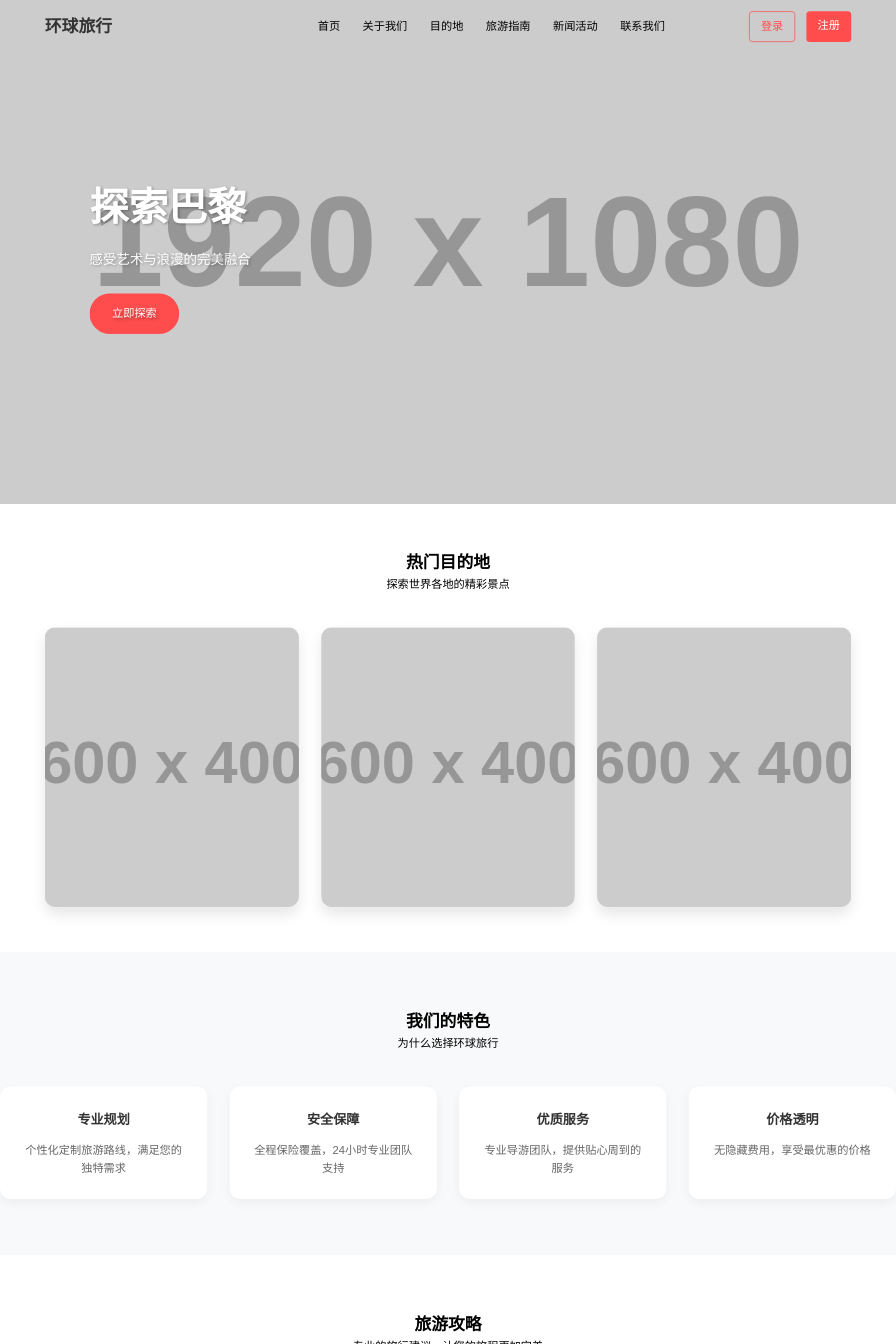
Repository: huang-heavenly-Emperor/travel_1
Page: index.html
The author's editor kept a copy of each file at every save. The page is drawn from the files as they stood at one save, then again after the next save.
The browser window is 1280 px wide. The pictures show the part of the page from y = 0 to 1920 px (the page is 4300 px tall before and 4364 px after), at 70% of full size.

Above is the page before, as saved 2024-11-18 02:55:19.

### index.html
<!DOCTYPE html>
<html lang="zh-CN">
<head>
    <meta charset="UTF-8">
    <meta name="viewport" content="width=device-width, initial-scale=1.0">
    <title>环球旅行 - 探索世界的每个角落</title>
    <link rel="stylesheet" href="css/style.css">
    <link rel="stylesheet" href="css/animations.css">
    <link rel="stylesheet" href="css/responsive.css">
</head>
<body>
    <!-- 导航栏 -->
    <nav class="main-nav">
        <div class="nav-logo">
            <h1>环球旅行</h1>
        </div>

        <!-- 汉堡菜单按钮 -->
        <div class="hamburger">
            <span></span>
            <span></span>
            <span></span>
        </div>

        <!-- 导航菜单 -->
        <div class="nav-menu">
            <ul class="nav-links">
                <li><a href="index.html">首页</a></li>
                <li><a href="pages/about.html">关于我们</a></li>
                <li><a href="pages/destinations.html">目的地</a></li>
                <li><a href="pages/travel-tips.html">旅游指南</a></li>
                <li><a href="pages/news-events.html">新闻活动</a></li>
                <li><a href="pages/contact.html">联系我们</a></li>
            </ul>
            <div class="theme-switch">
              <button class="theme-toggle" aria-label="切换主题">
                  <i class="fas fa-sun light-icon"></i>
                  <i class="fas fa-moon dark-icon"></i>
              </button>
          </div>
            <div class="nav-auth">
                <a href="pages/login.html" class="btn-login">登录</a>
                <a href="pages/register.html" class="btn-register">注册</a>
            </div>
        </div>
    </nav>

    <!-- 轮播图区域 -->
    <section class="hero-slider">
        <div class="slider-container">
            <div class="slide active">
                <img src="https://via.placeholder.com/1920x1080/5C6BC0/ffffff?text=Beautiful+Destination" alt="目的地">
                <div class="slide-content">
                    <h2>探索巴黎</h2>
                    <p>感受艺术与浪漫的完美融合</p>
                    <a href="pages/destinations/paris.html" class="btn-explore">立即探索</a>
                </div>
            </div>
            <div class="slide">
                <img src="https://via.placeholder.com/1920x1080/5C6BC0/ffffff?text=Beautiful+Destination" alt="目的地">
                <div class="slide-content">
                    <h2>遇见东京</h2>
                    <p>体验传统与现代的碰撞</p>
                    <a href="pages/destinations/tokyo.html" class="btn-explore">立即探索</a>
                </div>
            </div>
            <div class="slide">
                <img src="https://via.placeholder.com/1920x1080/5C6BC0/ffffff?text=Beautiful+Destination" alt="目的地">
                <div class="slide-content">
                    <h2>圣托里尼之美</h2>
                    <p>邂逅爱琴海的浪漫风情</p>
                    <a href="pages/destinations/santorini.html" class="btn-explore">立即探索</a>
                </div>
            </div>
        </div>

        <!-- 轮播控制按钮 -->
        <div class="slider-controls">
            <button class="prev-btn"><i class="fas fa-chevron-left"></i></button>
            <button class="next-btn"><i class="fas fa-chevron-right"></i></button>
        </div>

        <!-- 轮播指示点 -->
        <div class="slider-dots">
            <span class="dot active"></span>
            <span class="dot"></span>
            <span class="dot"></span>
        </div>
    </section>

    <!-- 特色目的地 -->
    <section class="featured-destinations">
        <div class="container">
            <div class="section-header">
                <h2>热门目的地</h2>
                <p>探索世界各地的精彩景点</p>
            </div>

            <div class="destination-grid">
                <!-- 巴 -->
                <div class="destination-card">
                    <div class="destination-image">
                        <img src="https://via.placeholder.com/600x400/26A69A/ffffff?text=Travel+Destination" alt="旅行目的地">
                        <div class="destination-overlay">
                            <div class="destination-info">
                                <h3>巴黎</h3>
                                <p>法国</p>
                                <div class="destination-meta">
                                    <span><i class="fas fa-star"></i> 4.8</span>
                                    <span><i class="fas fa-map-marker-alt"></i> 欧洲</span>
                                </div>
                                <a href="pages/destinations/paris.html" class="btn-explore">查看详情</a>
                            </div>
                        </div>
                    </div>
                </div>

                <!-- 更多目的地卡片 -->
                <!-- 东京 -->
                <div class="destination-card">
                    <div class="destination-image">
                        <img src="https://via.placeholder.com/600x400/26A69A/ffffff?text=Travel+Destination" alt="旅行目的地">
                        <div class="destination-overlay">
                            <div class="destination-info">
                                <h3>东京</h3>
                                <p>日本</p>
                                <div class="destination-meta">
                                    <span><i class="fas fa-star"></i> 4.7</span>
                                    <span><i class="fas fa-map-marker-alt"></i> 亚洲</span>
                                </div>
                                <a href="pages/destinations/tokyo.html" class="btn-explore">查看详情</a>
                            </div>
                        </div>
                    </div>
                </div>

                <!-- 圣托里尼 -->
                <div class="destination-card">
                    <div class="destination-image">
                        <img src="https://via.placeholder.com/600x400/26A69A/ffffff?text=Travel+Destination" alt="旅行目的地">
                        <div class="destination-overlay">
                            <div class="destination-info">
                                <h3>圣托里尼</h3>
                                <p>希腊</p>
                                <div class="destination-meta">
                                    <span><i class="fas fa-star"></i> 4.9</span>
                                    <span><i class="fas fa-map-marker-alt"></i> 欧洲</span>
                                </div>
                                <a href="pages/destinations/santorini.html" class="btn-explore">查看详情</a>
                            </div>
                        </div>
                    </div>
                </div>
            </div>
        </div>
    </section>

    <!-- 添加特色服务部分 -->
    <section class="features">
        <div class="container">
            <div class="section-header">
                <h2>我们的特色</h2>
                <p>为什么选择环球旅行</p>
            </div>

            <div class="features-grid">
                <div class="feature-item">
                    <i class="fas fa-map-marked-alt"></i>
                    <h3>专业规划</h3>
                    <p>个性化定制旅游路线，满足您的独特需求</p>
                </div>

                <div class="feature-item">
                    <i class="fas fa-shield-alt"></i>
                    <h3>安全保障</h3>
                    <p>全程保险覆盖，24小时专业团队支持</p>
                </div>

                <div class="feature-item">
                    <i class="fas fa-hand-holding-heart"></i>
                    <h3>优质服务</h3>
                    <p>专业导游团队，提供贴心周到的服务</p>
                </div>

                <div class="feature-item">
                    <i class="fas fa-wallet"></i>
                    <h3>价格透明</h3>
                    <p>无隐藏费用，享受最优惠的价格</p>
                </div>
            </div>
        </div>
    </section>

    <!-- 旅游攻略板块 -->
    <section class="travel-guides">
        <div class="container">
            <div class="section-header">
                <h2>旅游攻略</h2>
                <p>专业的旅行建议，让您的旅程更加完美</p>
            </div>

            <div class="guides-grid">
                <!-- 攻略卡片 1 -->
                <div class="guide-card">
                    <div class="guide-image">
                        <img src="https://via.placeholder.com/400x300/7986CB/ffffff?text=Travel+Guide" alt="旅游攻略">
                        <span class="guide-category">实用贴士</span>
                    </div>
                    <div class="guide-content">
                        <h3>首次出国旅行必备指南</h3>
                        <p>护照、签证、行李打包清单，一文掌握出国旅行的所有准备工作...</p>
                        <div class="guide-meta">
                            <span><i class="far fa-eye"></i> 2.5k 阅读</span>
                            <span><i class="far fa-clock"></i> 10 分钟</span>
                        </div>
                        <a href="pages/guides/first-trip.html" class="btn-read">阅读全文</a>
                    </div>
                </div>

                <!-- 攻略卡片 2 -->
                <div class="guide-card">
                    <div class="guide-image">
                        <img src="https://via.placeholder.com/400x300/7986CB/ffffff?text=Travel+Guide" alt="旅游攻略">
                        <span class="guide-category">预算控制</span>
                    </div>
                    <div class="guide-content">
                        <h3>如何规划一次经济实惠的欧洲之旅</h3>
                        <p>机票、住宿、交通、美食，教你如何用最少的预算体验最棒的欧洲之旅...</p>
                        <div class="guide-meta">
                            <span><i class="far fa-eye"></i> 3.1k 阅读</span>
                            <span><i class="far fa-clock"></i> 15 分钟</span>
                        </div>
                        <a href="pages/guides/budget-europe.html" class="btn-read">阅读全文</a>
                    </div>
                </div>

                <!-- 攻略卡片 3 -->
                <div class="guide-card">
                    <div class="guide-image">
                        <img src="https://via.placeholder.com/400x300/7986CB/ffffff?text=Travel+Guide" alt="旅游攻略">
                        <span class="guide-category">摄影技巧</span>
                    </div>
                    <div class="guide-content">
                        <h3>旅行摄影入门：记录完美瞬间</h3>
                        <p>构图技巧、相机设置、后期处理，让您的旅行照片更加专业...</p>
                        <div class="guide-meta">
                            <span><i class="far fa-eye"></i> 1.8k 阅读</span>
                            <span><i class="far fa-clock"></i> 12 分钟</span>
                        </div>
                        <a href="pages/guides/photography.html" class="btn-read">阅读全文</a>
                    </div>
                </div>
            </div>
        </div>
    </section>

    <!-- 用户评价展示 -->
    <section class="testimonials">
        <div class="container">
            <div class="section-header">
                <h2>用户体验</h2>
                <p>听听他们怎么说</p>
            </div>

            <div class="testimonials-slider">
                <!-- 评价卡片 1 -->
                <div class="testimonial-card">
                    <div class="testimonial-header">
                        <img src="https://via.placeholder.com/80x80/FF7043/ffffff?text=User" alt="用户头像" class="user-avatar">
                        <div class="user-info">
                            <h4>张先生</h4>
                            <div class="rating">
                                <i class="fas fa-star"></i>
                                <i class="fas fa-star"></i>
                                <i class="fas fa-star"></i>
                                <i class="fas fa-star"></i>
                                <i class="fas fa-star"></i>
                            </div>
                        </div>
                    </div>
                    <div class="testimonial-content">
                        <p>"环球旅行的服务真的很棒！导游专业又热情，行程安排也很合理。最让我印象深刻的是他们的贴心服务，全程无忧。"</p>
                    </div>
                    <div class="testimonial-footer">
                        <span>巴黎深度游</span>
                        <span>2024-03-15</span>
                    </div>
                </div>

                <!-- 评价卡片 2 -->
                <div class="testimonial-card">
                    <div class="testimonial-header">
                        <img src="https://via.placeholder.com/80x80/FF7043/ffffff?text=User" alt="用户头像" class="user-avatar">
                        <div class="user-info">
                            <h4>李女士</h4>
                            <div class="rating">
                                <i class="fas fa-star"></i>
                                <i class="fas fa-star"></i>
                                <i class="fas fa-star"></i>
                                <i class="fas fa-star"></i>
                                <i class="fas fa-star-half-alt"></i>
                            </div>
                        </div>
                    </div>
                    <div class="testimonial-content">
                        <p>"这是我第一次跟团出国，本来很担心语言不通，但是环球旅行的服务打消了我所有顾虑。行程丰富，住宿舒适。"</p>
                    </div>
                    <div class="testimonial-footer">
                        <span>日本关东游</span>
                        <span>2024-03-10</span>
                    </div>
                </div>

                <!-- 评价卡片 3 -->
                <div class="testimonial-card">
                    <div class="testimonial-header">
                        <img src="https://via.placeholder.com/80x80/FF7043/ffffff?text=User" alt="用户头像" class="user-avatar">
                        <div class="user-info">
                            <h4>王先生</h4>
                            <div class="rating">
                                <i class="fas fa-star"></i>
                                <i class="fas fa-star"></i>
                                <i class="fas fa-star"></i>
                                <i class="fas fa-star"></i>
                                <i class="fas fa-star"></i>
                            </div>
                        </div>
                    </div>
                    <div class="testimonial-content">
                        <p>"定制旅行服务非常专业，完全按照我们的需求来安排。价格透明，没有任何隐藏费用。强烈推荐！"</p>
                    </div>
                    <div class="testimonial-footer">
                        <span>希腊浪漫之旅</span>
                        <span>2024-03-05</span>
                    </div>
                </div>
            </div>

            <!-- 轮播控制 -->
            <div class="testimonial-controls">
                <button class="prev-btn"><i class="fas fa-chevron-left"></i></button>
                <button class="next-btn"><i class="fas fa-chevron-right"></i></button>
            </div>
        </div>
    </section>

    <!-- 页脚部分 -->
    <footer class="footer">
        <div class="footer-top">
            <div class="container">
                <div class="footer-grid">
                    <!-- 公司简介 -->
                    <div class="footer-company">
                        <h3>环球旅行</h3>
                        <p>专业的旅游服务提供商，致力于为您打造完美的旅行体验。</p>
                        <div class="social-links">
                            <a href="#"><i class="fab fa-weixin"></i></a>
                            <a href="#"><i class="fab fa-weibo"></i></a>
                            <a href="#"><i class="fab fa-qq"></i></a>
                            <a href="#"><i class="fab fa-instagram"></i></a>
                        </div>
                    </div>

                    <!-- 快速链接 -->
                    <div class="footer-links">
                        <h3>快速链接</h3>
                        <ul>
                            <li><a href="pages/about.html">关于我们</a></li>
                            <li><a href="pages/destinations.html">目的地</a></li>
                            <li><a href="pages/travel-tips.html">旅游攻略</a></li>
                            <li><a href="pages/contact.html">联系我们</a></li>
                        </ul>
                    </div>

                    <!-- 热门目的地 -->
                    <div class="footer-destinations">
                        <h3>热门目的地</h3>
                        <ul>
                            <li><a href="#">巴黎</a></li>
                            <li><a href="#">东京</a></li>
                            <li><a href="#">圣托里尼</a></li>
                            <li><a href="#">马尔代夫</a></li>
                        </ul>
                    </div>

                    <!-- 联系方式 -->
                    <div class="footer-contact">
                        <h3>联系我们</h3>
                        <ul>
                            <li><i class="fas fa-phone"></i> 400-888-8888</li>
                            <li><i class="fas fa-envelope"></i> service@globaltravel.com</li>
                            <li><i class="fas fa-map-marker-alt"></i> 北京市朝阳区xxx街xxx号</li>
                        </ul>
                    </div>
                </div>
            </div>
        </div>

        <!-- 订阅newsletter -->
        <div class="footer-newsletter">
            <div class="container">
                <div class="newsletter-content">
                    <h3>订阅我们的旅行资讯</h3>
                    <p>获取最新的旅行攻略和优惠信息</p>
                    <form class="newsletter-form">
                        <input type="email" placeholder="输入您的邮箱地址">
                        <button type="submit">订阅</button>
                    </form>
                </div>
            </div>
        </div>

        <!-- 页脚底部 -->
        <div class="footer-bottom">
            <div class="container">
                <div class="footer-bottom-content">
                    <p>&copy; 2024 环球旅行 版权所有</p>
                    <div class="footer-bottom-links">
                        <a href="#">隐私政策</a>
                        <a href="#">服务条款</a>
                        <a href="#">网站地图</a>
                    </div>
                </div>
            </div>
        </div>
    </footer>
    <script src="js/main.js"></script>
</body>
</html>

### css/animations.css
/* 导航链接悬停动画 */
.nav-links a:hover {
    color: #007bff;
    transform: translateY(-2px);
}

/* 轮播图动画 */
.fade {
    animation: fadeEffect 1.5s ease-in-out;
}

@keyframes fadeEffect {
    from {
        opacity: 0;
    }
    to {
        opacity: 1;
    }
}

/* 关于页面动画 */
@keyframes fadeInDown {
    from {
        opacity: 0;
        transform: translateY(-30px);
    }
    to {
        opacity: 1;
        transform: translateY(0);
    }
}

@keyframes fadeInUp {
    from {
        opacity: 0;
        transform: translateY(30px);
    }
    to {
        opacity: 1;
        transform: translateY(0);
    }
}

/* 滚动显示动画 */
.scroll-reveal {
    opacity: 0;
    transform: translateY(30px);
    transition: all 0.8s ease;
}

.scroll-reveal.active {
    opacity: 1;
    transform: translateY(0);
}

### css/responsive.css
/* 响应式布局 */
@media screen and (max-width: 768px) {
    .nav-links {
        display: none; /* 移动端菜单将通过JS控制显示 */
    }

    .hero-slider {
        height: 50vh;
    }

    .destination-grid {
        grid-template-columns: repeat(2, 1fr);
    }

    .destination-image {
        height: 250px;
    }
}

@media screen and (max-width: 480px) {
    .nav-auth {
        display: none;
    }

    .hero-slider {
        height: 40vh;
    }

    .destination-grid {
        grid-template-columns: 1fr;
    }

    .destination-image {
        height: 200px;
    }
}

/* 页脚响应式样式 */
@media screen and (max-width: 768px) {
    .footer-content {
        flex-direction: column;
    }

    .footer-section {
        min-width: 100%;
    }

    .footer-section.about {
        text-align: center;
    }

    .footer-section h3::before {
        left: 50%;
        transform: translateX(-50%);
    }
}

/* 移动端导航样式 */
@media screen and (max-width: 768px) {
    .hamburger {
        display: block;
    }

    .nav-menu {
        position: fixed;
        top: 0;
        right: -100%;
        width: 80%;
        height: 100vh;
        background: #fff;
        flex-direction: column;
        padding: 80px 40px;
        transition: 0.3s ease;
    }

    .nav-menu.active {
        right: 0;
    }

    .nav-links {
        flex-direction: column;
        align-items: center;
    }

    .nav-auth {
        flex-direction: column;
        align-items: center;
        margin-top: 2rem;
    }
}

/* 关于页面响应式样式 */
@media screen and (max-width: 768px) {
    .about-header {
        height: 40vh;
    }

    .header-content h1 {
        font-size: 2rem;
    }

    .company-intro .container {
        flex-direction: column;
        gap: 2rem;
    }

    .intro-content, .intro-image {
        width: 100%;
    }

    .values-grid {
        grid-template-columns: 1fr;
    }

    .team-grid {
        grid-template-columns: repeat(auto-fit, minmax(200px, 1fr));
    }
}

@media screen and (max-width: 480px) {
    .about-header {
        height: 30vh;
    }

    .header-content h1 {
        font-size: 1.5rem;
    }

    .member-image {
        height: 250px;
    }
}

### css/themes.css
/* 浅色主题 */
[data-theme="light"] {
    --primary-color: #5C6BC0;      /* 主题色 */
    --primary-light: #8E99F3;      /* 主题色-浅色 */
    --primary-dark: #26418F;       /* 主题色-深色 */

    --secondary-color: #26A69A;    /* 次要色 */
    --accent-color: #FF7043;       /* 强调色 */

    --bg-primary: #ffffff;         /* 主背景色 */
    --bg-secondary: #f8f9fa;       /* 次要背景色 */
    --bg-accent: #e9ecef;          /* 强调背景色 */

    --text-primary: #333333;       /* 主文本色 */
    --text-secondary: #666666;     /* 次要文本色 */
    --text-light: #999999;         /* 浅色文本 */

    --border-color: #e0e0e0;       /* 边框颜色 */
    --shadow-color: rgba(0,0,0,0.1); /* 阴影颜色 */
}

/* 深色主题 */
[data-theme="dark"] {
    --primary-color: #7986CB;
    --primary-light: #9FA8DA;
    --primary-dark: #5C6BC0;

    --secondary-color: #4DB6AC;
    --accent-color: #FF8A65;

    --bg-primary: #1a1a1a;
    --bg-secondary: #2d2d2d;
    --bg-accent: #333333;

    --text-primary: #ffffff;
    --text-secondary: #cccccc;
    --text-light: #999999;

    --border-color: #404040;
    --shadow-color: rgba(0,0,0,0.3);
}

Loaded but not shown: js/main.js (158 lines, source omitted); js/theme.js (16 lines, source omitted); css/style.css (814 lines, source omitted)

After the next save:
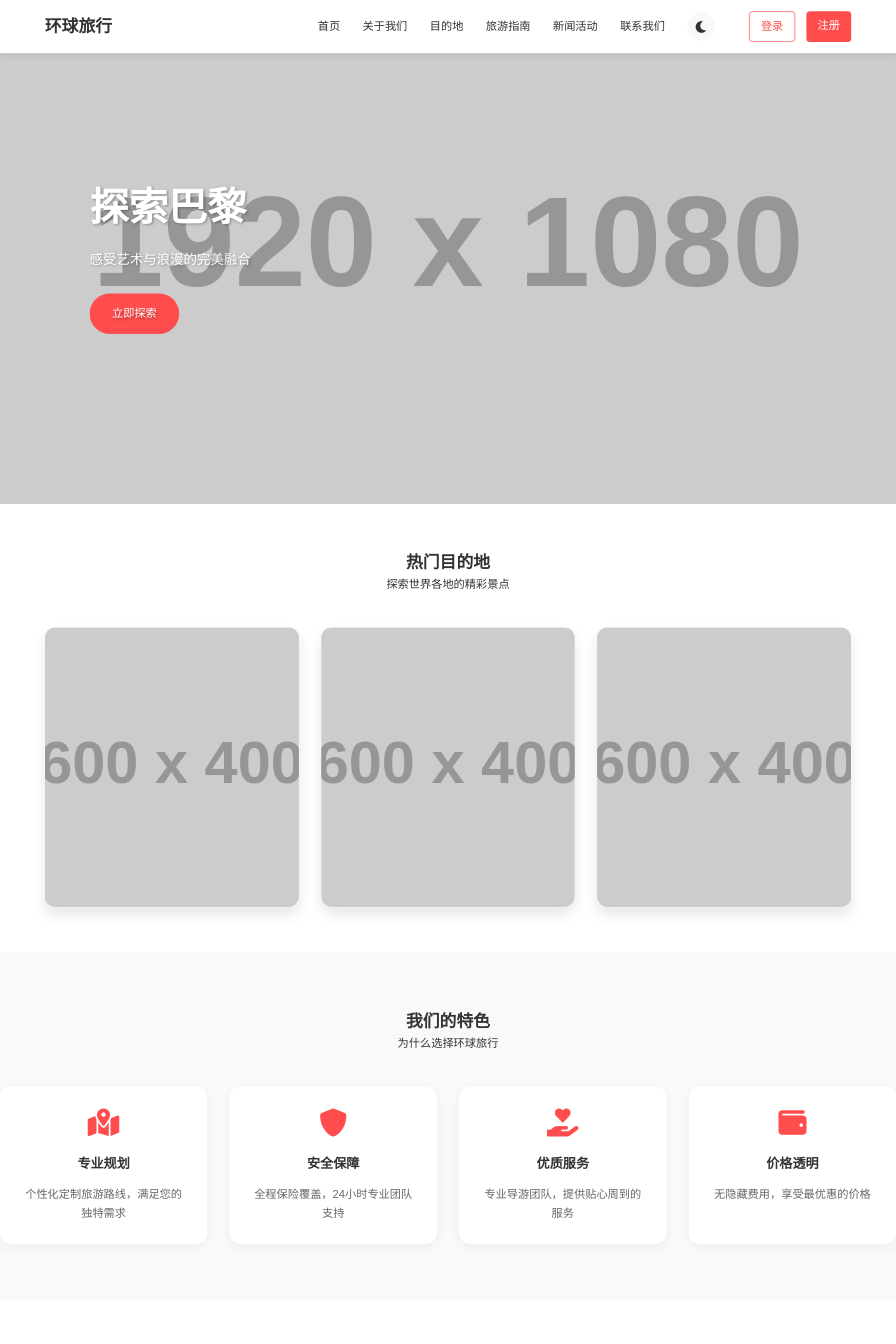
Saved 9 s later.
--- a/index.html
+++ b/index.html
@@ -4,9 +4,12 @@
     <meta charset="UTF-8">
     <meta name="viewport" content="width=device-width, initial-scale=1.0">
     <title>环球旅行 - 探索世界的每个角落</title>
-    <link rel="stylesheet" href="css/style.css">
+    <link rel="stylesheet" href="/css/themes.css">
+    <link rel="stylesheet" href="/css/style.css">
     <link rel="stylesheet" href="css/animations.css">
     <link rel="stylesheet" href="css/responsive.css">
+    <link rel="stylesheet" href="https://cdnjs.cloudflare.com/ajax/libs/font-awesome/6.0.0/css/all.min.css">
+    <script src="/js/theme.js" defer></script>
 </head>
 <body>
     <!-- 导航栏 -->
@@ -279,7 +282,7 @@
                         </div>
                     </div>
                     <div class="testimonial-content">
-                        <p>"环球旅行的服务真的很棒！导游专业又热情，行程安排也很合理。最让我印象深刻的是他们的贴心服务，全程无忧。"</p>
+                        <p>"环球旅行的服务真的很棒！导游专业又热情，行程安排也很合理。最让我印象深刻的是他们的��心服务，全程无忧。"</p>
                     </div>
                     <div class="testimonial-footer">
                         <span>巴黎深度游</span>
